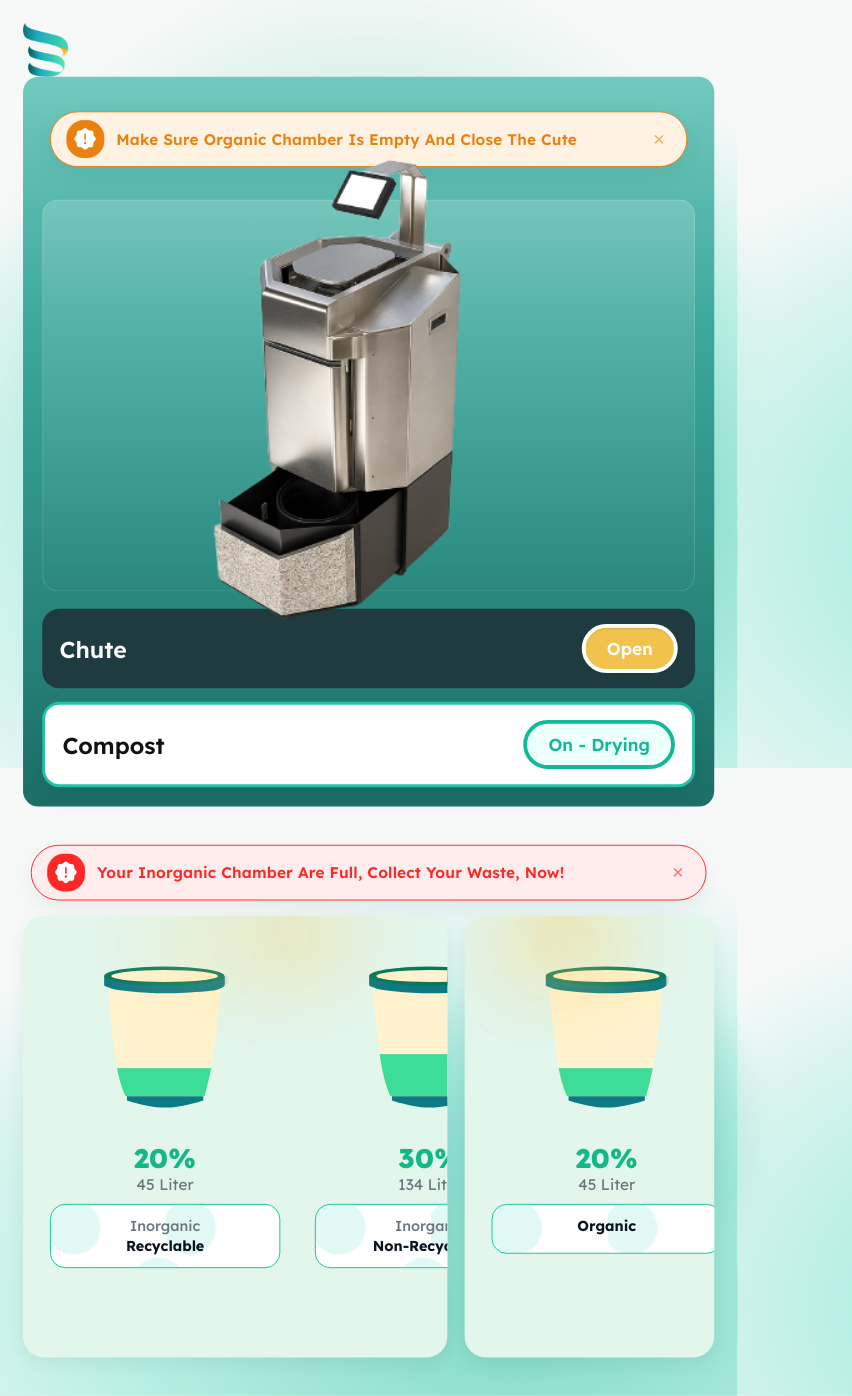
Repository: william-saputra/nusabin
Page: pages/homepage.html
An editor plug-in stored every save of this project. The page is shown before and after the next save, followed by the edit.
The browser window is 768 px wide. The page is 888 px wide, so the pictures cover 888 px, including what lies to the right of the window. The pictures show the whole page, at 96% of full size.
Backgrounds fixed to the window are drawn as part of the page.

Above is the page before, as saved 2025-08-13 10:17:58.

### pages/homepage.html
<!DOCTYPE html>
<html lang="en">
  <head>
    <meta charset="UTF-8" />
    <meta name="viewport" content="width=device-width, initial-scale=1.0" />
    <title>Nusabin – Homepage</title>
    <link rel="preconnect" href="https://fonts.googleapis.com" />
    <link rel="preconnect" href="https://fonts.gstatic.com" crossorigin />
    <link href="https://fonts.googleapis.com/css2?family=Lexend:wght@400;500;600;700;800&family=Inter:wght@400;500;600;700;800&display=swap" rel="stylesheet" />
    <link rel="stylesheet" href="../styles/base.css" />
    <link rel="stylesheet" href="../styles/pages/homepage.css" />
  </head>
  <body>
    <div class="homepage no-nav">
      <header class="topbar no-nav">
        <img src="../assets/images/green_logo.png" alt="Nusabin" class="logo no-nav" />
        <div class="spacer no-nav"></div>
        <div></div>
      </header>

      <main class="layout">
        <div class="left-col">
          <section class="alerts no-nav">
            <div class="alert pill no-nav" data-variant="danger" data-alert-id="left-alert">
              <img class="alert-icon" src="../assets/icons/red_alert.svg" alt="alert" width="40" height="40" />
              <div class="text no-nav">Your Inorganic Chamber Are Full, Collect Your Waste, Now!</div>
              <button class="close no-nav" data-dismiss>
                <span class="no-nav">&#10005;</span>
              </button>
            </div>
          </section>
          <div class="left-grid clickable-area" data-navigate>
          <div class="card card-buckets">
            <div class="bucket-group">
              <div class="bucket-item" data-id="inorganic_recyclable">
                <svg class="bucket-svg" viewBox="0 0 197 216" aria-labelledby="title-ir" role="img">
                  <title id="title-ir">Inorganic Recyclable</title>
                  <defs>
                    <clipPath id="cupShape-inorganic_recyclable">
                      <path d="M53.3367 175.048C43.8761 154.841 39.492 126.346 33.0561 49.7143L162.041 52.148C157.42 108.314 153.879 136.877 143.383 175.048C107.592 183.612 87.9058 183.201 53.3367 175.048Z" />
                    </clipPath>
                  </defs>
                  <path d="M53.3367 175.048C43.8761 154.841 39.492 126.346 33.0561 49.7143L162.041 52.148C157.42 108.314 153.879 136.877 143.383 175.048C107.592 183.612 87.9058 183.201 53.3367 175.048Z" fill="#FFF3CF" />
                  <rect id="cupFill-inorganic_recyclable" x="0" y="175" width="197" height="0" clip-path="url(#cupShape-inorganic_recyclable)" />
                  <path d="M55 179.937V175H142V179.937C107.725 190.783 88.6686 190.592 55 179.937Z" fill="#0C7B83" />
                  <rect x="166.097" y="38.3571" width="3.2449" height="8.92347" fill="#D9D9D9" />
                  <path d="M29 48.9031V38.3571H166.503V48.9031C162.244 52.8888 157.731 54.2809 146.222 55.3929C109.605 58.2432 89.8065 58.6723 56.9872 55.3929C42.0852 54.0832 36.1288 52.6188 29 48.9031Z" fill="#0C7B83" />
                  <ellipse cx="97.5485" cy="37.9515" rx="68.5485" ry="10.9515" fill="#08785B" />
                  <ellipse cx="97.9541" cy="37.9515" rx="60.8418" ry="6.89541" fill="#FFF3CF" />
                </svg>
                <div class="bucket-metrics">
                  <div class="percent" data-percent>0%</div>
                  <div class="liter" data-liter>0 Liter</div>
                </div>
                <div class="chip chip-2line"><span>Inorganic</span><strong>Recyclable</strong></div>
              </div>

              <div class="bucket-item" data-id="inorganic_non_recyclable">
                <svg class="bucket-svg" viewBox="0 0 197 216" aria-labelledby="title-inr" role="img">
                  <title id="title-inr">Inorganic <br>Non-Recyclable</title>
                  <defs>
                    <clipPath id="cupShape-inorganic_non_recyclable">
                      <path d="M53.3367 175.048C43.8761 154.841 39.492 126.346 33.0561 49.7143L162.041 52.148C157.42 108.314 153.879 136.877 143.383 175.048C107.592 183.612 87.9058 183.201 53.3367 175.048Z" />
                    </clipPath>
                  </defs>
                  <path d="M53.3367 175.048C43.8761 154.841 39.492 126.346 33.0561 49.7143L162.041 52.148C157.42 108.314 153.879 136.877 143.383 175.048C107.592 183.612 87.9058 183.201 53.3367 175.048Z" fill="#FFF3CF" />
                  <rect id="cupFill-inorganic_non_recyclable" x="0" y="175" width="197" height="0" clip-path="url(#cupShape-inorganic_non_recyclable)" />
                  <path d="M55 179.937V175H142V179.937C107.725 190.783 88.6686 190.592 55 179.937Z" fill="#0C7B83" />
                  <rect x="166.097" y="38.3571" width="3.2449" height="8.92347" fill="#D9D9D9" />
                  <path d="M29 48.9031V38.3571H166.503V48.9031C162.244 52.8888 157.731 54.2809 146.222 55.3929C109.605 58.2432 89.8065 58.6723 56.9872 55.3929C42.0852 54.0832 36.1288 52.6188 29 48.9031Z" fill="#0C7B83" />
                  <ellipse cx="97.5485" cy="37.9515" rx="68.5485" ry="10.9515" fill="#08785B" />
                  <ellipse cx="97.9541" cy="37.9515" rx="60.8418" ry="6.89541" fill="#FFF3CF" />
                </svg>
                <div class="bucket-metrics">
                  <div class="percent" data-percent>0%</div>
                  <div class="liter" data-liter>0 Liter</div>
                </div>
                <div class="chip chip-2line"><span>Inorganic</span><strong>Non-Recyclable</strong></div>
              </div>
            </div>
          </div>

          <div class="card card-bucket-single">
            <div class="bucket-item" data-id="organic">
              <svg class="bucket-svg" viewBox="0 0 197 216" aria-labelledby="title-org" role="img">
                <title id="title-org">Organic</title>
                <defs>
                  <clipPath id="cupShape-organic">
                    <path d="M53.3367 175.048C43.8761 154.841 39.492 126.346 33.0561 49.7143L162.041 52.148C157.42 108.314 153.879 136.877 143.383 175.048C107.592 183.612 87.9058 183.201 53.3367 175.048Z" />
                  </clipPath>
                </defs>
                <path d="M53.3367 175.048C43.8761 154.841 39.492 126.346 33.0561 49.7143L162.041 52.148C157.42 108.314 153.879 136.877 143.383 175.048C107.592 183.612 87.9058 183.201 53.3367 175.048Z" fill="#FFF3CF" />
                <rect id="cupFill-organic" x="0" y="175" width="197" height="0" clip-path="url(#cupShape-organic)" />
                <path d="M55 179.937V175H142V179.937C107.725 190.783 88.6686 190.592 55 179.937Z" fill="#0C7B83" />
                <rect x="166.097" y="38.3571" width="3.2449" height="8.92347" fill="#D9D9D9" />
                <path d="M29 48.9031V38.3571H166.503V48.9031C162.244 52.8888 157.731 54.2809 146.222 55.3929C109.605 58.2432 89.8065 58.6723 56.9872 55.3929C42.0852 54.0832 36.1288 52.6188 29 48.9031Z" fill="#0C7B83" />
                <ellipse cx="97.5485" cy="37.9515" rx="68.5485" ry="10.9515" fill="#08785B" />
                <ellipse cx="97.9541" cy="37.9515" rx="60.8418" ry="6.89541" fill="#FFF3CF" />
              </svg>
              <div class="bucket-metrics">
                <div class="percent" data-percent>0%</div>
                <div class="liter" data-liter>0 Liter</div>
              </div>
              <div class="chip chip-2line"><strong>Organic</strong></div>
            </div>
          </div>
          </div>
        </div>

        <aside class="right-panel">
          <section class="alerts no-nav">
            <div class="alert pill no-nav" data-variant="warning" data-alert-id="right-alert">
              <img class="alert-icon" src="../assets/icons/orange_alert.svg" alt="alert" width="40" height="40" />
              <div class="text no-nav">Make Sure Organic Chamber Is Empty And Close The Cute</div>
              <button class="close no-nav" data-dismiss>
                <span class="no-nav">&#10005;</span>
              </button>
            </div>
          </section>
          <div class="machine-wrapper">
            <img src="../assets/images/machine.png" alt="Machine" class="machine" />
          </div>
          <div class="status-panel no-nav">
            <div class="status-row variant-dark no-nav">
              <div class="label no-nav">Chute</div>
              <div class="status-pill pill-open no-nav">Open</div>
            </div>
            <div class="status-row variant-light no-nav">
              <div class="label no-nav">Compost</div>
              <div class="status-pill pill-on no-nav">On - Drying</div>
            </div>
          </div>
        </aside>
      </main>



      <div class="page-bottom-decor" aria-hidden="true"></div>
      <div class="page-left-glow" aria-hidden="true"></div>
    </div>

    <script src="../scripts/main.js"></script>
  </body>
  </html>

### styles/pages/homepage.css
/* Page-specific fine-tuning for Homepage */
.homepage .card-buckets { background: #E2F6EC; }
.homepage .card-bucket-single { background: #E2F6EC; }

.homepage .bucket-item .bucket { filter: drop-shadow(0 10px 24px rgba(0,0,0,.08)); }
.homepage .bucket-item .percent { letter-spacing: .3px; }

.right-panel .status-panel { gap: 14px; }

@media (max-width: 1100px) {
  .homepage .bucket-svg { max-width: 180px; }
}

/* bottom-left half-circle glow decoration using SVG */
.page-left-glow{position:fixed;left:-70px;bottom:-500px;width:800px;height:10000px;background:url('../../assets/icons/glow.svg') no-repeat left bottom/contain;pointer-events:none;z-index:-1}

/* Match action cards typography and icon scale (if used on homepage cards) */
.card-left .label{display:inline-block;background:rgba(11,174,155,.6);color:#fff;padding:7px 12px;border-radius:24px;font-weight:600;font-size:13.5px}
.heading{margin:8px 0 0;color:#fff;font-weight:800;font-size:34px;line-height:1.08;text-shadow:0 1px 2px rgba(0,0,0,.15)}
.card-right .icon-box{width:116px;height:116px;border-radius:18px;background:rgba(255,255,255,.08);display:grid;place-items:center;border:3px solid rgba(255,255,255,.95)}
.card-right img{max-width:88%;max-height:88%;object-fit:contain}
.cta{margin-top:28px}

Loaded but not shown: assets/icons/glow.svg (37 lines, source omitted); scripts/main.js (68 lines, source omitted); styles/base.css (123 lines, source omitted)

After the next save:
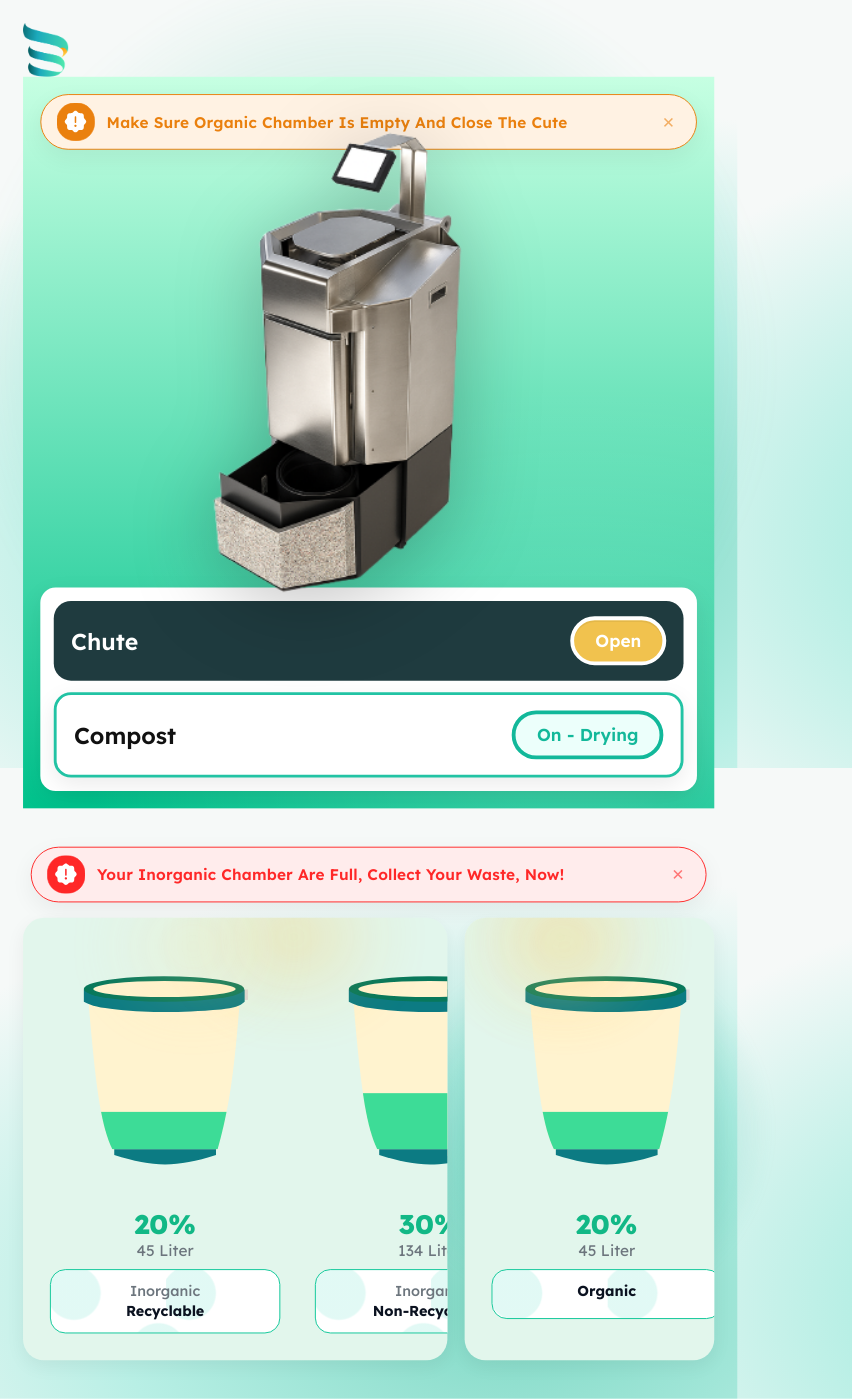
Saved 57 s later.
--- a/styles/pages/homepage.css
+++ b/styles/pages/homepage.css
@@ -1,22 +1,77 @@
-/* Page-specific fine-tuning for Homepage */
-.homepage .card-buckets { background: #E2F6EC; }
-.homepage .card-bucket-single { background: #E2F6EC; }
+/* ========== OVERRIDES: make right-panel full-bleed, not a card ========== */
 
-.homepage .bucket-item .bucket { filter: drop-shadow(0 10px 24px rgba(0,0,0,.08)); }
-.homepage .bucket-item .percent { letter-spacing: .3px; }
-
-.right-panel .status-panel { gap: 14px; }
-
-@media (max-width: 1100px) {
-  .homepage .bucket-svg { max-width: 180px; }
+/* 1) Grid utama: hapus padding top/right/bottom supaya panel kanan bisa nempel */
+.homepage .layout{
+  /* semula padding: 24px; */
+  padding: 0 0 0 24px !important;   /* kiri tetap ada gutter 24px, sisi lain 0 */
+  gap: 24px !important;
+  min-height: auto;                 /* kita atur tinggi di panel kanan */
 }
 
-/* bottom-left half-circle glow decoration using SVG */
-.page-left-glow{position:fixed;left:-70px;bottom:-500px;width:800px;height:10000px;background:url('../../assets/icons/glow.svg') no-repeat left bottom/contain;pointer-events:none;z-index:-1}
+/* 2) Panel kanan: full tinggi viewport, nempel kanan, tanpa efek card */
+.homepage .right-panel{
+  /* hilangkan semua gaya "card" yang mungkin diwarisi */
+  background:
+    radial-gradient(120% 80% at 80% 90%, rgba(255,255,255,.25) 0%, transparent 60%),
+    linear-gradient(180deg, #C6FFE2 0%, #00C28C 100%) !important;
+  box-shadow: none !important;
+  border: none !important;
 
-/* Match action cards typography and icon scale (if used on homepage cards) */
-.card-left .label{display:inline-block;background:rgba(11,174,155,.6);color:#fff;padding:7px 12px;border-radius:24px;font-weight:600;font-size:13.5px}
-.heading{margin:8px 0 0;color:#fff;font-weight:800;font-size:34px;line-height:1.08;text-shadow:0 1px 2px rgba(0,0,0,.15)}
-.card-right .icon-box{width:116px;height:116px;border-radius:18px;background:rgba(255,255,255,.08);display:grid;place-items:center;border:3px solid rgba(255,255,255,.95)}
-.card-right img{max-width:88%;max-height:88%;object-fit:contain}
-.cta{margin-top:28px}
+  /* radius 0 agar sisi kiri tidak terlihat melengkung (bukan card) */
+  border-radius: 0 !important;
+
+  /* tempel ke tepi container kanan & penuh tinggi viewport (dikurangi header) */
+  height: calc(100vh - 72px) !important;   /* ganti 72px jika tinggi header beda */
+  margin: 0 !important;
+
+  /* tata letak konten */
+  display: flex !important;
+  flex-direction: column;
+  gap: 16px;
+  padding: 18px;
+  overflow: hidden;
+  align-self: stretch;    /* pastikan mengisi track grid secara penuh */
+}
+
+/* 3) Hilangkan jarak atas/bawah internal yang bikin “mengapung” */
+.homepage .right-panel .alerts{ margin: 0 !important; }
+.homepage .right-panel .status-panel{
+  background: #fff;
+  border-radius: 16px;
+  box-shadow: 0 8px 24px rgba(0,0,0,.08);
+  padding: 14px;
+  display: grid;
+  gap: 12px;
+}
+
+/* 4) Area mesin mengisi ruang tengah */
+.homepage .right-panel .machine-wrapper{
+  flex: 1;
+  display: grid;
+  place-items: center;
+  padding: 8px 0;
+}
+.homepage .right-panel .machine{
+  max-width: 100%;
+  height: auto;
+  filter: drop-shadow(0 12px 32px rgba(0,0,0,.25));
+}
+
+/* 5) Opsional: kalau masih terlihat ada garis/border rounded di area gambar,
+      kemungkinan berasal dari style global di .machine-wrapper/.card.
+      Paksa bersih di sini. */
+.homepage .right-panel .machine-wrapper{
+  background: transparent !important;
+  border: 0 !important;
+  box-shadow: none !important;
+  border-radius: 0 !important;
+}
+
+/* 6) Responsif: ketika stack jadi 1 kolom, biar tetap full-bleed */
+@media (max-width: 860px){
+  .homepage .layout{ padding: 0 !important; }
+  .homepage .right-panel{
+    height: auto !important;
+    min-height: 420px;
+  }
+}

After the 4 saves that followed:
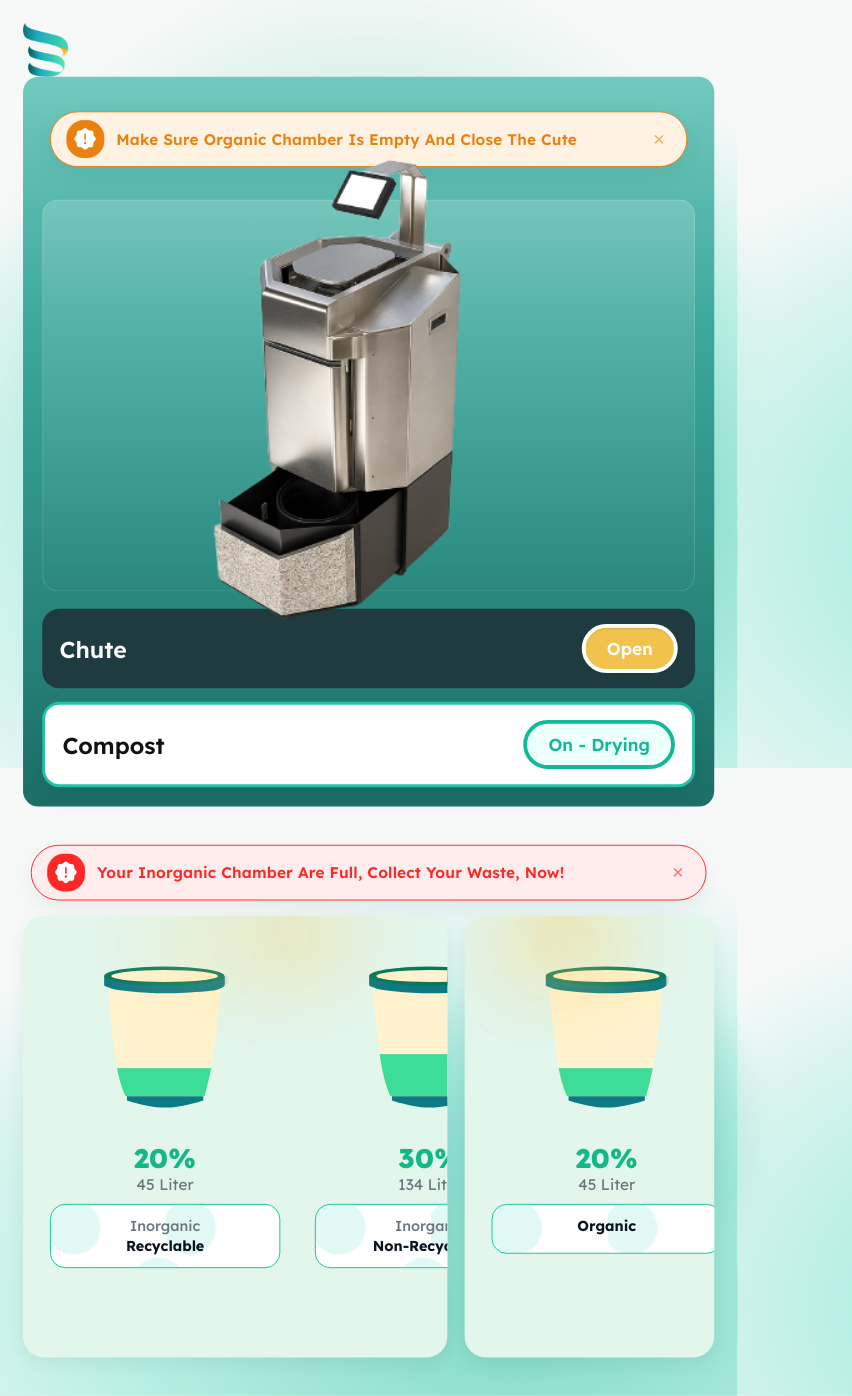
The 4 saves are shown as one change because 2 left the picture as it was and some came seconds apart.
The last was saved 12 min 27 s later.
--- a/styles/pages/homepage.css
+++ b/styles/pages/homepage.css
@@ -1,77 +1,22 @@
-/* ========== OVERRIDES: make right-panel full-bleed, not a card ========== */
+/* Page-specific fine-tuning for Homepage */
+.homepage .card-buckets { background: #E2F6EC; }
+.homepage .card-bucket-single { background: #E2F6EC; }
 
-/* 1) Grid utama: hapus padding top/right/bottom supaya panel kanan bisa nempel */
-.homepage .layout{
-  /* semula padding: 24px; */
-  padding: 0 0 0 24px !important;   /* kiri tetap ada gutter 24px, sisi lain 0 */
-  gap: 24px !important;
-  min-height: auto;                 /* kita atur tinggi di panel kanan */
+.homepage .bucket-item .bucket { filter: drop-shadow(0 10px 24px rgba(0,0,0,.08)); }
+.homepage .bucket-item .percent { letter-spacing: .3px; }
+
+.right-panel .status-panel { gap: 14px; }
+
+@media (max-width: 1100px) {
+  .homepage .bucket-svg { max-width: 180px; }
 }
 
-/* 2) Panel kanan: full tinggi viewport, nempel kanan, tanpa efek card */
-.homepage .right-panel{
-  /* hilangkan semua gaya "card" yang mungkin diwarisi */
-  background:
-    radial-gradient(120% 80% at 80% 90%, rgba(255,255,255,.25) 0%, transparent 60%),
-    linear-gradient(180deg, #C6FFE2 0%, #00C28C 100%) !important;
-  box-shadow: none !important;
-  border: none !important;
+/* bottom-left half-circle glow decoration using SVG */
+.page-left-glow{position:fixed;left:-70px;bottom:-500px;width:800px;height:10000px;background:url('../../assets/icons/glow.svg') no-repeat left bottom/contain;pointer-events:none;z-index:-1}
 
-  /* radius 0 agar sisi kiri tidak terlihat melengkung (bukan card) */
-  border-radius: 0 !important;
-
-  /* tempel ke tepi container kanan & penuh tinggi viewport (dikurangi header) */
-  height: calc(100vh - 72px) !important;   /* ganti 72px jika tinggi header beda */
-  margin: 0 !important;
-
-  /* tata letak konten */
-  display: flex !important;
-  flex-direction: column;
-  gap: 16px;
-  padding: 18px;
-  overflow: hidden;
-  align-self: stretch;    /* pastikan mengisi track grid secara penuh */
-}
-
-/* 3) Hilangkan jarak atas/bawah internal yang bikin “mengapung” */
-.homepage .right-panel .alerts{ margin: 0 !important; }
-.homepage .right-panel .status-panel{
-  background: #fff;
-  border-radius: 16px;
-  box-shadow: 0 8px 24px rgba(0,0,0,.08);
-  padding: 14px;
-  display: grid;
-  gap: 12px;
-}
-
-/* 4) Area mesin mengisi ruang tengah */
-.homepage .right-panel .machine-wrapper{
-  flex: 1;
-  display: grid;
-  place-items: center;
-  padding: 8px 0;
-}
-.homepage .right-panel .machine{
-  max-width: 100%;
-  height: auto;
-  filter: drop-shadow(0 12px 32px rgba(0,0,0,.25));
-}
-
-/* 5) Opsional: kalau masih terlihat ada garis/border rounded di area gambar,
-      kemungkinan berasal dari style global di .machine-wrapper/.card.
-      Paksa bersih di sini. */
-.homepage .right-panel .machine-wrapper{
-  background: transparent !important;
-  border: 0 !important;
-  box-shadow: none !important;
-  border-radius: 0 !important;
-}
-
-/* 6) Responsif: ketika stack jadi 1 kolom, biar tetap full-bleed */
-@media (max-width: 860px){
-  .homepage .layout{ padding: 0 !important; }
-  .homepage .right-panel{
-    height: auto !important;
-    min-height: 420px;
-  }
-}
+/* Match action cards typography and icon scale (if used on homepage cards) */
+.card-left .label{display:inline-block;background:rgba(11,174,155,.6);color:#fff;padding:7px 12px;border-radius:24px;font-weight:600;font-size:13.5px}
+.heading{margin:8px 0 0;color:#fff;font-weight:800;font-size:34px;line-height:1.08;text-shadow:0 1px 2px rgba(0,0,0,.15)}
+.card-right .icon-box{width:116px;height:116px;border-radius:18px;background:rgba(255,255,255,.08);display:grid;place-items:center;border:3px solid rgba(255,255,255,.95)}
+.card-right img{max-width:88%;max-height:88%;object-fit:contain}
+.cta{margin-top:28px}
